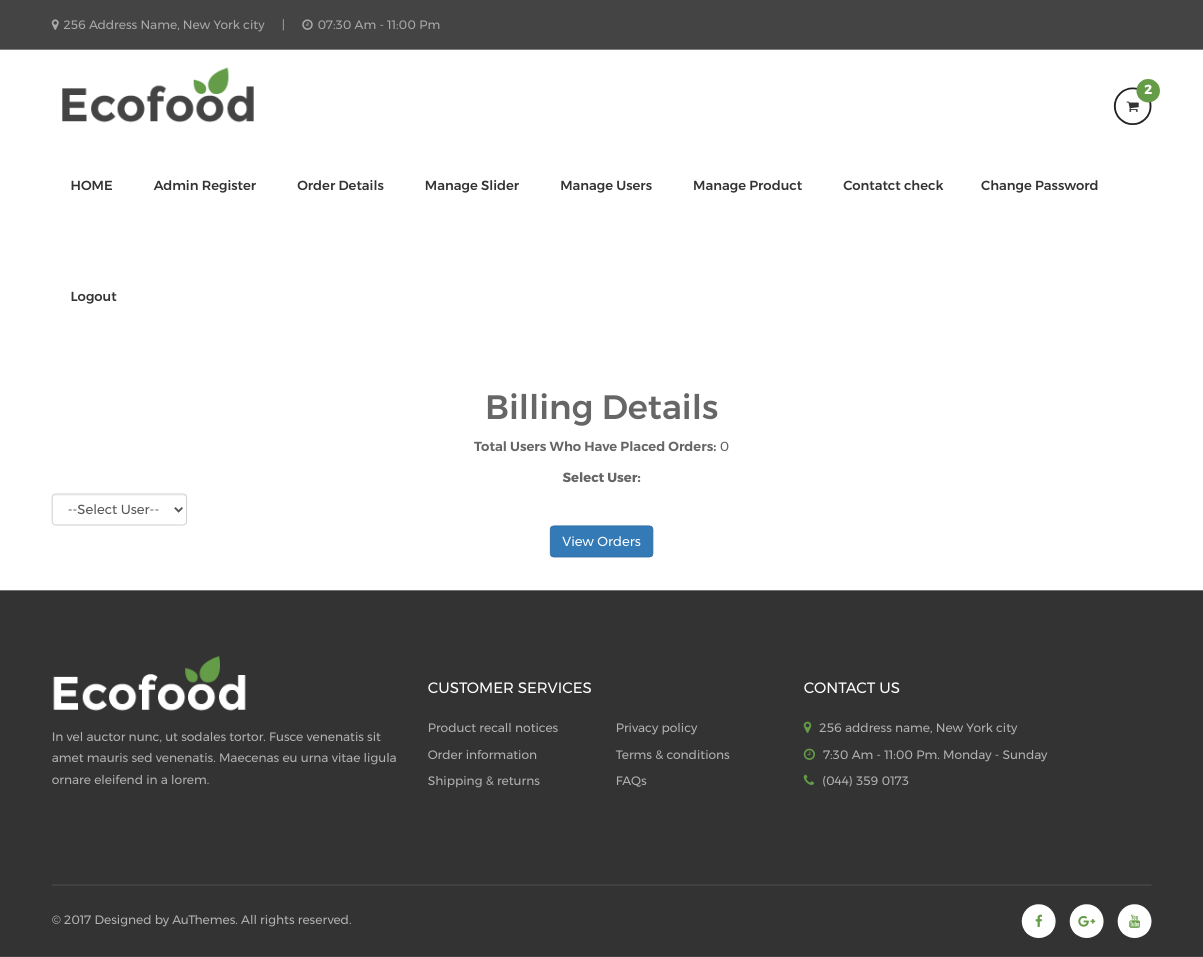
Repository: riteshyadav7878/ecofood
Page: http://localhost/oo.php
The author's editor kept a copy of each file at every save. The page is drawn from the files as they stood at one save, then again after the next save.
The browser window is 1280 px wide. The pictures show the whole page, at 94% of full size.
The page is run by PHP 8.4 with error messages shown; the project is at /var/www/html/. Queries for data that is not in the repository find no rows.

Above is the page before, as saved 2024-09-09 18:21:02.

After the next save:
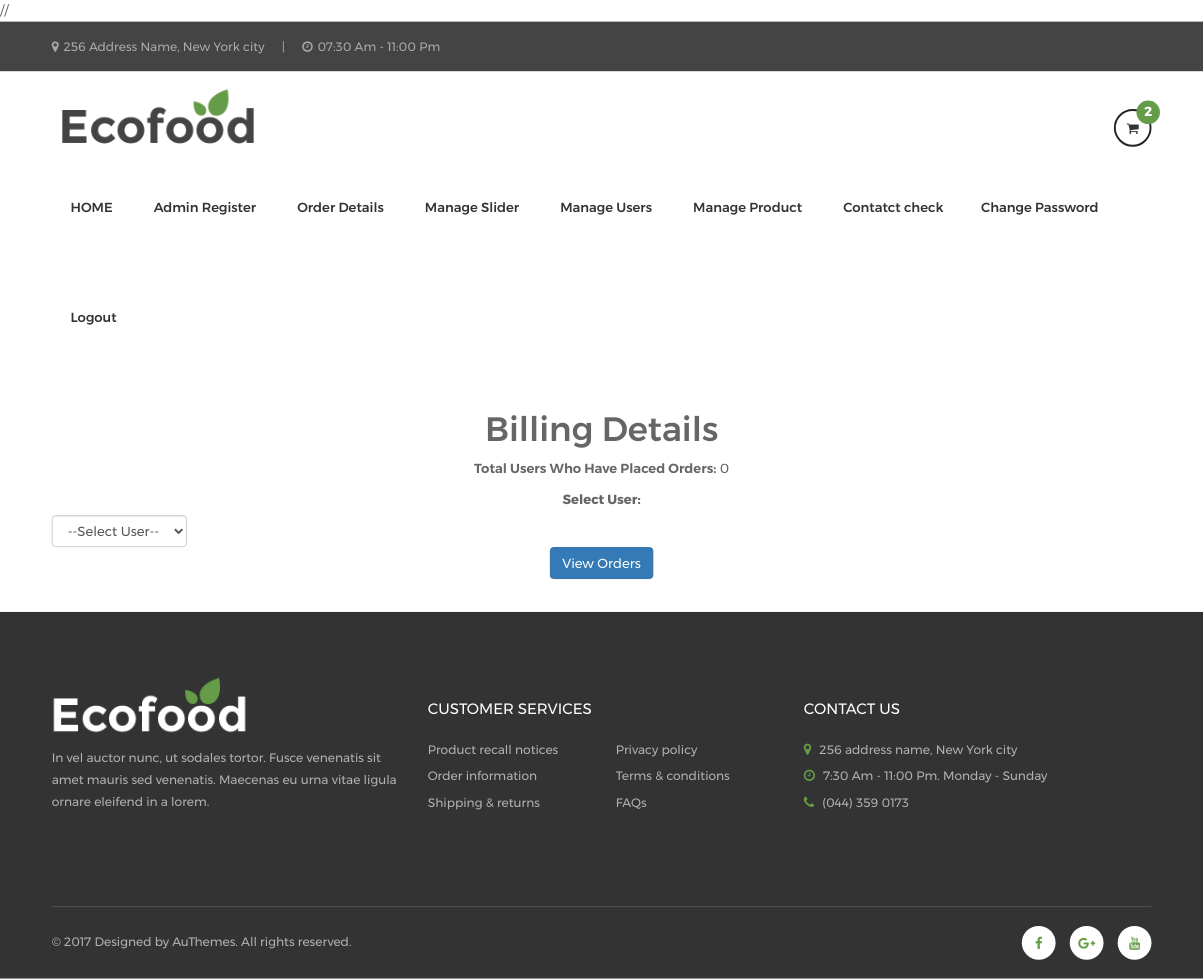
Saved 61 s later.
--- a/oo.php
+++ b/oo.php
@@ -60,7 +60,7 @@
 <head>
     <meta charset="UTF-8">
     <meta name="viewport" content="width=device-width, initial-scale=1.0">
-    <title>Billing Details</title>
+  //  <title>Billing Details</title>
     <link href="vendor/bootstrap/dist/css/bootstrap.min.css" rel="stylesheet">
     <style>
         body {

After the save that followed:
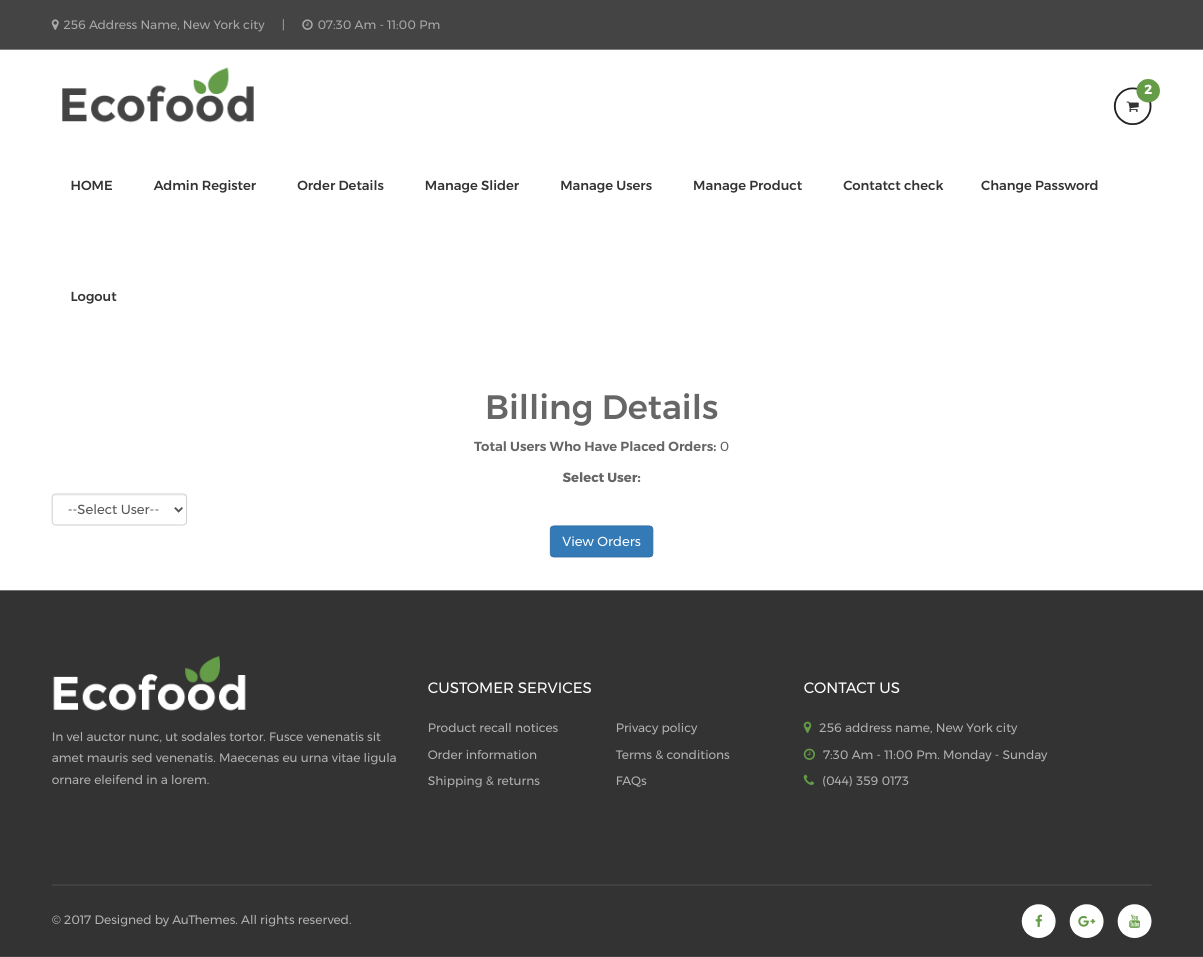
Saved 5 s later.
--- a/oo.php
+++ b/oo.php
@@ -60,7 +60,7 @@
 <head>
     <meta charset="UTF-8">
     <meta name="viewport" content="width=device-width, initial-scale=1.0">
-  //  <title>Billing Details</title>
+
     <link href="vendor/bootstrap/dist/css/bootstrap.min.css" rel="stylesheet">
     <style>
         body {
